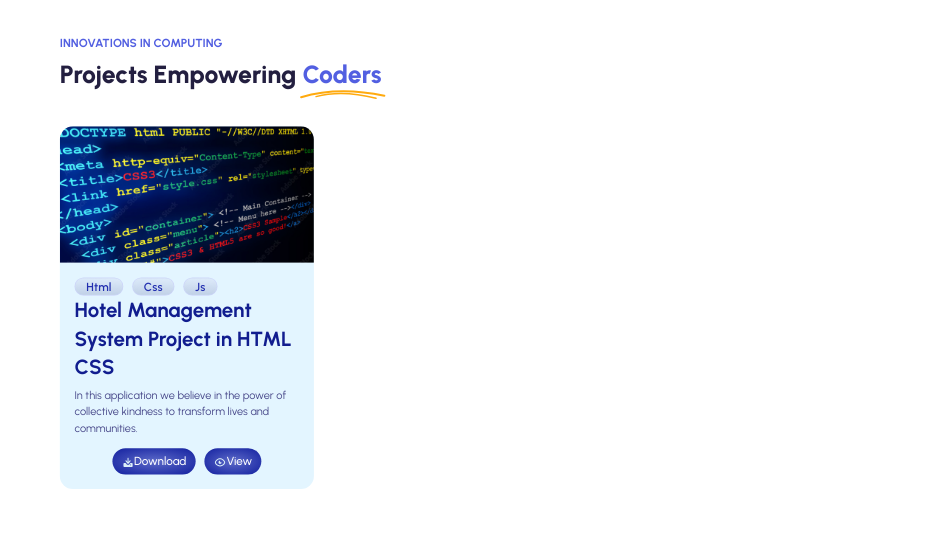
Repository: sharma171/jtccreativeideas
Page: /newsection (app in nextjssite/)
The author's editor kept a copy of each file at every save. The page is drawn from the files as they stood at one save, then again after the next save.
The browser window is 1280 px wide. The pictures show the whole page, at 73% of full size.
The project was rebuilt for these pictures with package versions that can differ from the ones it lists, and the page was loaded fresh each time. The framework's server and built-in components were replaced by stand-ins that run in the browser. Also part of the build but not shown: nextjssite/next.config.mjs.

Above is the page before, as saved 2024-03-28 14:28:09.

### nextjssite/src/app/layout.js
// import { Inter } from "next/font/google";
// import "./globals.css";
import 'bootstrap/dist/css/bootstrap.min.css';

// const inter = Inter({ subsets: ["latin"] });

export const metadata = {
  title: "Create Next App",
  description: "Generated by create next app",
};

 const RootLayout = ({ children }) => {
  return (
    <html lang="en">
      <body>
        {/* Layout UI */}
        <main>{children}</main>
      </body>
    </html>
  )
}
export default RootLayout;

### nextjssite/src/app/newsection/page.jsx
import React from 'react'
import "./page.css"
import Headicon from "./after-head-icon.svg"
import Image from 'next/image'
import Link from 'next/link'
import Projimg1 from './images/projsection1.png'
import Projimg2 from './images/projsection2.png'
import Projimg3 from './images/projsection3.png'
import Downloadicon from './images/Download-icon.svg'
import Viewicon from './images/view-icon.svg'
const Page = () => {
    return(
        <>
        <section className="projects">
            <div className="container">
                <div className="col-flex main-head">
                    <h5 className="small-head">Innovations in Computing</h5>
                    <h3 className="bghead">Projects Empowering <span>Coders
                        <Image src={Headicon}></Image></span></h3>
                </div>
                <ul className="row-flex project-cards">
                    <li>

                            <div className="card-inner">
                                <Image src={Projimg1} alt="project" className="thumb"></Image>
                                <div className="info">
                                    <div className="tech-info">
                                        <span>Html</span>
                                        <span>Css</span>
                                        <span>Js</span>
                                    </div>
                                    <Link href="/newsection" className="text-link">
                                        <h3 className="heading">
                                            Hotel Management System Project in HTML CSS
                                        </h3>
                                    </Link>
                                    <p className="cardpara">
                                        In this application we believe in the power of collective kindness to transform lives and communities.
                                    </p>
                                    <div className="card-button">
                                        <a href="" className="bot-button">
                                            <Image src={Downloadicon} alt='icon'></Image>
                                            Download
                                        </a>
                                        <a href="" className="bot-button">
                                            <Image src={Viewicon} alt='icon'></Image>
                                            View
                                        </a>
                                    </div>
                                </div>
                            </div>
                    </li>
                </ul>
            </div>
        </section>
        </>
    )
}
export default Page;

### nextjssite/src/app/newsection/page.css
@import url('https://fonts.googleapis.com/css2?family=Urbanist:ital,wght@0,100..900;1,100..900&display=swap');
* {
    font-family: 'Urbanist', sans-serif;
    font-optical-sizing: auto;
}

section.projects {
    padding: 50px 0;
}
.main-head .small-head {
    color: #525fe1;
    font-size: 16px;
    font-weight: 700;
    text-transform: uppercase;
}
.main-head .bghead {
    color: #231f40;
    font-size: 34px;
    line-height: 1.5em;
    font-weight: 800;
}
.main-head .bghead span {
    color: #525fe1;
    position: relative;
}
.main-head .bghead span img {
    position: absolute;
    top: 100%;
    left: -5.9999999999999964px;
    width: 122.29999999999994px;
    height: 12.600000000000012px;
}
.project-cards {
    padding: 0;
    margin: 45px 0;
    list-style: none;
}
.project-cards li {
    width: calc(33.33333333333333% - 24px);
    border-radius: 18px;
    background: #E3F5FF;
}
.project-cards li .card-inner {
    display: flex;
    flex-direction: column;
    width: 100%;
    border-top-left-radius: 18px;
    border-top-right-radius: 18px;
}
.project-cards li .card-inner .thumb {
    width: 100%;
    max-width: 100%;
    height: auto;
    object-fit: cover;
    border-top-left-radius: 18px;
    border-top-right-radius: 18px;
}
.project-cards li .card-inner .info {
    padding: 20px 20px;
    display: flex;
    flex-direction: column;
}

.project-cards li .card-inner .info .tech-info {
    display: flex;
    flex-direction: row;
    align-items: center;
    gap: 12px;
}
.project-cards li .card-inner .info .tech-info span {
    height: 25px;
    font-size: 16px;
    color: #222FB0;
    padding: 0 15px;
    font-weight: 600;
    letter-spacing: 0.3px;
    line-height: 16px;
    background: linear-gradient(181deg, #d2d7f152, #C0D0E7);
    align-content: center;
    border-radius: 19px;
    border: 1px solid #ccd3fbc2;
}
.project-cards li .card-inner .info .text-link {
    text-decoration: none;
}
.project-cards li .card-inner .info .heading {
    font-style: 24px;
    line-height: 1.4em;
    font-weight: 700;
    color: #111D8F;
}
.project-cards li .card-inner .info .cardpara {
    font-size: 15px;
    line-height: 1.5em;
    font-weight: 400;
    color: #444487;
}
.project-cards li .card-inner .info .card-button {
    display: flex;
    flex-direction: row;
    align-items: center;
    justify-content: center;
    gap: 12px;
}
.project-cards li .card-inner .info .card-button .bot-button {
    background: radial-gradient(#5C6AC8, #121F9F);
    padding: 6px 13px;
    font-size: 16px;
    line-height: 1.5em;
    align-content: center;
    border-radius: 20px;
    text-decoration: none;
    color: #fff;
    font-weight: 500;
}

After the next save:
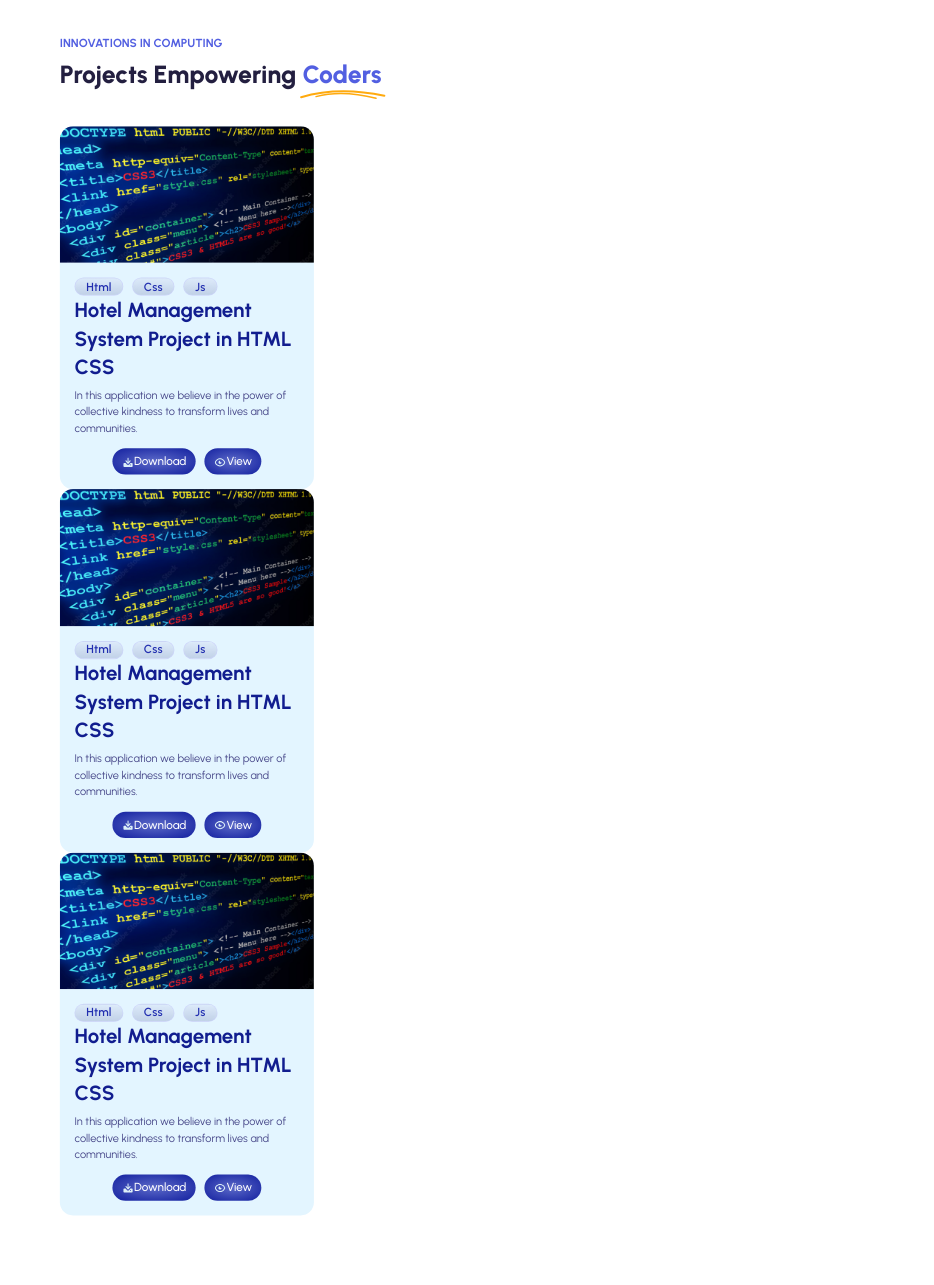
Saved 65 s later.
--- a/nextjssite/src/app/newsection/page.jsx
+++ b/nextjssite/src/app/newsection/page.jsx
@@ -50,6 +50,68 @@ const Page = () => {
                                 </div>
                             </div>
                     </li>
+                    <li>
+
+                            <div className="card-inner">
+                                <Image src={Projimg1} alt="project" className="thumb"></Image>
+                                <div className="info">
+                                    <div className="tech-info">
+                                        <span>Html</span>
+                                        <span>Css</span>
+                                        <span>Js</span>
+                                    </div>
+                                    <Link href="/newsection" className="text-link">
+                                        <h3 className="heading">
+                                            Hotel Management System Project in HTML CSS
+                                        </h3>
+                                    </Link>
+                                    <p className="cardpara">
+                                        In this application we believe in the power of collective kindness to transform lives and communities.
+                                    </p>
+                                    <div className="card-button">
+                                        <a href="" className="bot-button">
+                                            <Image src={Downloadicon} alt='icon'></Image>
+                                            Download
+                                        </a>
+                                        <a href="" className="bot-button">
+                                            <Image src={Viewicon} alt='icon'></Image>
+                                            View
+                                        </a>
+                                    </div>
+                                </div>
+                            </div>
+                    </li>
+                    <li>
+
+                            <div className="card-inner">
+                                <Image src={Projimg1} alt="project" className="thumb"></Image>
+                                <div className="info">
+                                    <div className="tech-info">
+                                        <span>Html</span>
+                                        <span>Css</span>
+                                        <span>Js</span>
+                                    </div>
+                                    <Link href="/newsection" className="text-link">
+                                        <h3 className="heading">
+                                            Hotel Management System Project in HTML CSS
+                                        </h3>
+                                    </Link>
+                                    <p className="cardpara">
+                                        In this application we believe in the power of collective kindness to transform lives and communities.
+                                    </p>
+                                    <div className="card-button">
+                                        <a href="" className="bot-button">
+                                            <Image src={Downloadicon} alt='icon'></Image>
+                                            Download
+                                        </a>
+                                        <a href="" className="bot-button">
+                                            <Image src={Viewicon} alt='icon'></Image>
+                                            View
+                                        </a>
+                                    </div>
+                                </div>
+                            </div>
+                    </li>
                 </ul>
             </div>
         </section>
